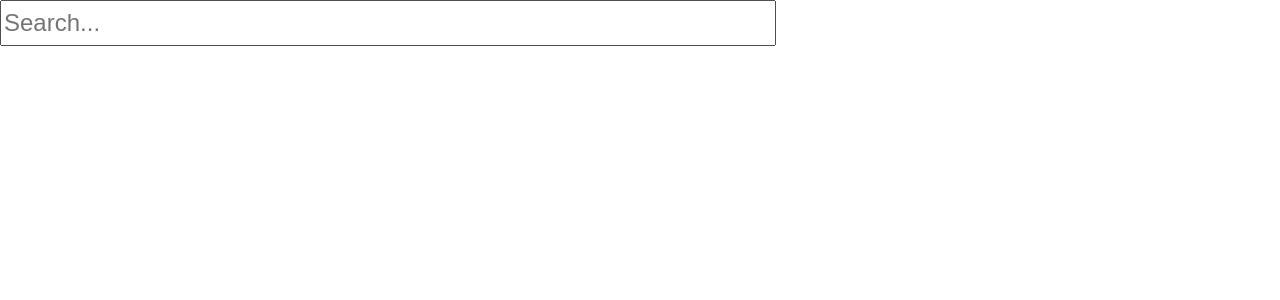
Repository: andrii1/airbnb-clone
Page: /
The author's editor kept a copy of each file at every save. The page is drawn from the files as they stood at one save, then again after the next save.
The browser window is 1280 px wide. The pictures show the whole page.
The page's requests for data from a server got no answer. The project was rebuilt for these pictures with package versions that can differ from the ones it lists, and the page was loaded fresh each time. No one was signed in, and anything a server would have sent is missing. Also part of the build but not shown: src/components/flat.css, src/components/flat.js, src/components/marker.css, src/components/marker.js, src/components/hello.js.

Above is the page before, as saved 2022-01-27 12:24:05.

After the next save:
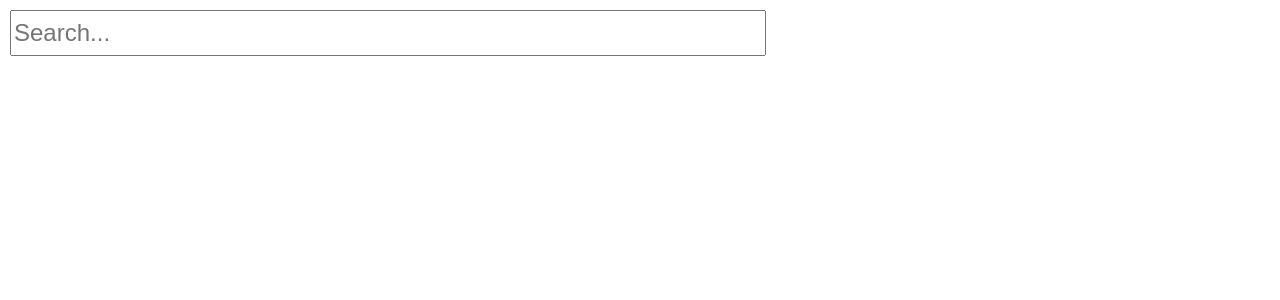
Saved 20 s later.
--- a/src/App.css
+++ b/src/App.css
@@ -40,6 +40,10 @@
 .app {
   display: flex;
 }
+
+.search {
+  padding: 10px;
+}
 .search input {
   width: 100%;
   height: 40px;
